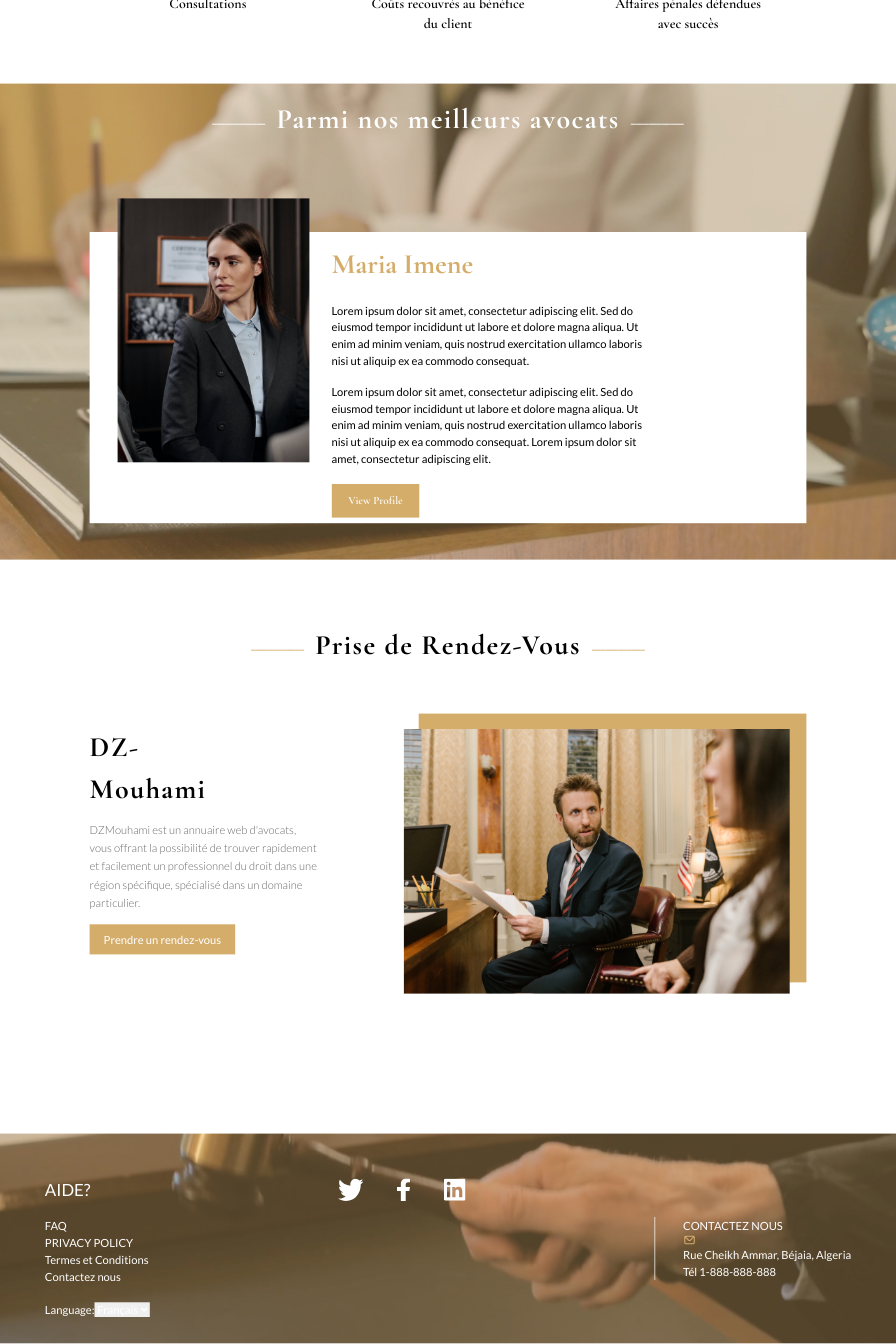
Repository: Chekrouba-Tinhinane/Mohami_dz
Page: / (app in client/)
These files come from the project's save history. The page is drawn as it stood at one moment and after a run of saves; the edit follows.
The browser window is 1280 px wide. The pictures show the part of the page from y = 2348 to 4268 px (the page is 4268 px tall), at 70% of full size.
The project was rebuilt for these pictures with package versions that can differ from the ones it lists, and the page was loaded fresh each time. Also part of the build but not shown: client/vite.config.js, client/src/SignIn.jsx, client/src/components/Selector.jsx, client/src/components/SearchContainer.jsx, client/src/Search.jsx, client/src/components/super/HomeLayout.jsx, client/src/components/Profile.jsx.

Above is the page before, as saved 2024-01-25 18:20:04.

### client/index.html
<!doctype html>
<html lang="en">
  <head>
    <meta charset="UTF-8" />
    <link rel="icon" type="image/svg+xml" href="/vite.svg" />
    <meta name="viewport" content="width=device-width, initial-scale=1.0" />
    <title>Mouhami DZ</title>
  </head>
  <body>
    <div id="root"></div>
    <script type="module" src="/src/App.jsx"></script>
  </body>
</html>

### client/src/App.jsx
import React from "react";
import { createRoot } from "react-dom/client";
import { BrowserRouter, Routes, Route } from "react-router-dom";
import "./index.css";
import LandingPage from "./LandingPage";
import SignIn from "./SignIn";
import Search from "./Search";
import HomeLayout from "./components/super/HomeLayout";
import Profile from "./components/Profile";

const App = () => {
  return (
    <BrowserRouter>
      <Routes>
        <Route path={"/"} element={<LandingPage />} />

        <Route path={"/Signin"} element={<SignIn />} />
        <Route
          path={"/Search"}
          element={<HomeLayout pageComponent={<Search />} />}
        />
        {/* <Route path={"/Signin"} element={<SignIn />} />
        <Route
          path={"/Schedule"}
          element={<HomeLayout pageComponent={<Schedule />} />}
        />

        <Route
          path={"/Settings"}
          element={<HomeLayout pageComponent={<Staff />} />}
        />
        <Route
          path={"/profile/:id"}
          element={<HomeLayout pageComponent={<Profile />} />}
        /> */}
        <Route
          path={"/profile"}
          element={<HomeLayout pageComponent={<Profile />} />}
        />
      </Routes>
    </BrowserRouter>
  );
};

export default App;

const root = createRoot(document.getElementById("root"));
root.render(<App />);

### client/src/index.css
@import url("https://fonts.googleapis.com/css2?family=Cormorant+Garamond:wght@300;400;500;600;700&family=Lato:wght@100;300;400;700;900&display=swap");

@tailwind base;
@tailwind components;
@tailwind utilities;

@layer base {
  a {
    @apply cursor-pointer;
  }
  h1 {
    @apply text-[50px] font-bold;
  }
  h2 {
    @apply text-[2.5rem] font-bold;
  }
  p {
  }
  h3 {
  }
  h4 {
    @apply text-[1rem] font-semibold;
  }
  textarea {
  }
  input {
  }
  select {
  }
}

* {
  /*font-family: 'Cormorant Garamond', serif; */
  font-family: "Lato", sans-serif;
  box-sizing: border-box;
  padding: 0;
  margin: 0;
}

.recursive {
  font-family: "Cormorant Garamond", serif;
}

.nav-item::after {
  content: "";
  display: block;
  width: 0;
  height: 2px;
  margin-top: 5px;
  background-color: rgb(212, 173, 107);
  transition: width 0.4s;
}

.nav-item:hover::after {
  width: 100%;
}

### client/src/LandingPage.jsx
import React, { useEffect, useState } from "react";

import header from "./assets/landing/header.jpg";
import hero from "./assets/landing/hero.png";
import section1 from "./assets/landing/section1.jpg";
import section2 from "./assets/landing/section2.jpg";
import footer from "./assets/landing/footer.jpg";
import maria from "./assets/landing/maria.jpg";
import scene from "./assets/landing/scene.png";

import msg from "./assets/icons/contact/msg.svg";

import twitter from "./assets/icons/footer/twitter.svg";
import fb from "./assets/icons/footer/fb.svg";
import linkedin from "./assets/icons/footer/linkedin.svg";

import NavBar from "./components/super/NavBar";

import AOS from "aos";
import "aos/dist/aos.css";

AOS.init();

const LandingPage = () => {
  useEffect(() => {
    AOS.refresh();
  }, []);

  return (
    <div className="overflow-hidden flex flex-col relative mx-auto items-center bg-white z-10">
      <header className=" p-3 recursive border-b border-b-primary w-[90%] text-center font-semibold text-xl">
        {" "}
        DZ Mouhami{" "}
      </header>
      <NavBar />
      <Header />
      <About />
      <Feedback />

      <Achievements />
      <Hero />
      <Appoint />
      <Footer />
    </div>
  );
};

export default LandingPage;

function Header() {
  return (
    <section
      id="header"
      className=" relative flex w-screen justify-center my-3"
    >
      <img src={header} className="w-full h-[600px] object-cover" alt="" />
      <h2 className=" recursive absolute bottom-[7%] left-[10%] text-white w-[60%]">
        "Legal Solutions, Trusted Advocacy: Your Path to Justice Begins with
        Us."
      </h2>
    </section>
  );
}

function About() {
  return (
    <section
      id="about"
      data-aos="fade-right"
      data-aos-duration="1000"
      className="mx-3 my-10 flex gap-[6rem] justify-center items-center"
    >
      {/* fifth section */}
      <div className=" flex flex-col w-[40%] ">
        <h2 className=" recursive w-[40%] place-self-end">
          A propos de DZ Mouhami
        </h2>
        <img src={hero} className="" alt="" />
      </div>

      <div className=" basis-[40%] mb-16 ">
        {" "}
        {/*  */}
        <h2 className=" recursive tracking-wider w-[50%] my-4">DZ-Mouhami</h2>
        <p className=" w-[80%] opacity-60 font-light leading-relaxed mb-7">
          DZMouhami est un annuaire web d'avocats, vous offrant la possibilité
          de trouver rapidement et facilement un professionnel du droit dans une
          région spécifique, spécialisé dans un domaine particulier.
        </p>
        <a
          href=""
          className=" py-2 px-5 text-white bg-primary hover:bg-opacity-65"
        >
          Trouver un avocat
        </a>
      </div>
    </section>
  );
}

function Feedback() {
  const userComments = [
    {
      username: "User123",
      comment:
        "Effortlessly found the right lawyer for my needs – the detailed profiles and client reviews streamlined the decision-making process.",
    },
    {
      username: "LegalEagle",
      comment:
        "Incredibly user-friendly directory; comprehensive lawyer profiles and responsive design made my search for legal representation hassle-free.",
    },
    {
      username: "LawSeeker",
      comment:
        "Highly impressed with the intuitive interface and wealth of information – this directory simplified the task of finding a skilled attorney.",
    },
  ];

  // You can now use the userComments array as needed in your code.

  return (
    <section
      id="feedback"
      className=" relative flex w-screen justify-center my-4"
    >
      <img
        src={section1}
        className="w-full h-[640px] bg-center object-cover"
        alt=""
      />
      <div className="absolute top-0 text-white">
        <div className=" flex flex-col items-center">
          <div className="flex items-center my-5 gap-4">
            <span className=" font-semibold select-none">____________</span>
            <h2 className=" recursive  tracking-wider ">
              Nos Témoignages
            </h2>{" "}
            <span className=" font-semibold select-none">____________</span>
          </div>

          <h2 className=" mt-16 mb-8 recursive w-[85%] text-center">
            CE QUE NOS CLIENTS PENSENT DE NOUS
          </h2>
          <div className=" flex gap-10 w-[75%] ">
            {userComments.map((el, i) => {
              return (
                <div className=" flex flex-col justify-between bg-white p-6 rounded-md text-black text-sm h-56 ">
                  {el.comment}
                  <div className=" flex gap-5 items-center">
                    {" "}
                    <div class="w-14 h-14 bg-gray-500 rounded-full"></div>
                    {el.username}
                  </div>
                </div>
              );
            })}
          </div>
        </div>
      </div>
    </section>
  );
}

function Achievements() {
  return (
    <div className=" flex flex-col w-[80%] items-center mx-auto my-10 gap-8 ">
      <div className="flex items-center my-5 gap-4">
        <span className=" font-semibold select-none text-primary">
          ____________
        </span>
        <h2 className=" recursive tracking-wider">Nos Réalisations</h2>{" "}
        <span className=" font-semibold select-none text-primary">
          ____________
        </span>
      </div>

      <div className="flex w-full justify-between  ">
        <div className="flex flex-col items-center basis-[33%] gap-4">
          {" "}
          <h4 className=" recursive text-primary text-3xl font-bold">
            879+
          </h4>{" "}
          <span className=" w-[70%] text-center recursive font-semibold text-xl">
            Consultations
          </span>
        </div>
        <div className="flex flex-col items-center basis-[33%] gap-4">
          {" "}
          <h4 className=" recursive text-primary text-3xl font-bold">
            12 Mil
          </h4>{" "}
          <span className=" w-[70%] text-center recursive font-semibold text-xl">
            Coûts recouvrés au bénéfice du client
          </span>
        </div>
        <div className="flex flex-col items-center basis-[33%] gap-4">
          {" "}
          <h4 className=" recursive text-primary text-3xl font-bold">
            92%
          </h4>{" "}
          <span className=" w-[70%] text-center recursive font-semibold text-xl">
            Affaires pénales défendues avec succès
          </span>
        </div>
      </div>
    </div>
  );
}

function Hero() {
  return (
    <section id="hero" className=" relative flex w-screen justify-center my-8 ">
      <img
        src={section2}
        className="w-full h-[680px] bg-center object-cover"
        alt=""
      />
      <div className="absolute top-0 text-white">
        <div className=" flex flex-col items-center gap-[6rem]">
          <div className="flex items-center my-5 gap-4">
            <span className=" font-semibold select-none">____________</span>
            <h2 className=" recursive  tracking-wider ">
              Parmi nos meilleurs avocats
            </h2>{" "}
            <span className=" font-semibold select-none">____________</span>
          </div>

          <div className=" flex gap-8 w-[80%] bg-white text-black h-[26rem] px-10 my-4 ">
            <div className="relative basis-[30%]">
              {" "}
              <img
                src={maria}
                alt=""
                className=" absolute -top-12  object-contain"
              />
            </div>
            <div className=" flex flex-col basis-[70%] my-4 gap-6  ">
              {" "}
              <h2 className=" recursive text-primary">Maria Imene</h2>{" "}
              <p className=" w-[70%] flex flex-col gap-5 ">
                <span>
                  Lorem ipsum dolor sit amet, consectetur adipiscing elit. Sed
                  do eiusmod tempor incididunt ut labore et dolore magna aliqua.
                  Ut enim ad minim veniam, quis nostrud exercitation ullamco
                  laboris nisi ut aliquip ex ea commodo consequat.{" "}
                </span>

                <span>
                  Lorem ipsum dolor sit amet, consectetur adipiscing elit. Sed
                  do eiusmod tempor incididunt ut labore et dolore magna aliqua.
                  Ut enim ad minim veniam, quis nostrud exercitation ullamco
                  laboris nisi ut aliquip ex ea commodo consequat. Lorem ipsum
                  dolor sit amet, consectetur adipiscing elit.
                </span>
              </p>
              <a
                href=""
                className="flex w-max recursive text-white bg-primary px-6 py-3 font-semibold hover:bg-opacity-75"
              >
                View Profile
              </a>
            </div>
          </div>
        </div>
      </div>
    </section>
  );
}

function Footer() {
  const [language, setLanguage] = useState("fr");

  const handleLanguageChange = (event) => {
    setLanguage(event.target.value);
    // You can add logic here to change the language of your website
    // For example, you might reload the page or fetch translated content from a server
  };
  return (
    <footer
      id="footer"
      className="h-[300px] relative flex w-full justify-center mt-[10rem] text-white"
    >
      <img src={footer} alt="" className="w-full object-cover" />
      {/* sixth section */}
      <div className="absolute w-full flex justify-center pt-[4rem]">
        <div className="flex items-center justify-between px-16 max-w-[86rem] w-full">
          <div className="flex flex-col gap-6">
            <h3 className=" text-2xl">AIDE?</h3>
            <ul className="flex flex-col">
              <li>FAQ</li>
              <li>PRIVACY POLICY</li>
              <li>Termes et Conditions</li>
              <li>Contactez nous</li>
            </ul>

            <div className="language-selector">
              <label htmlFor="language-select">Language:</label>
              <select
                id="language-select"
                value={language}
                onChange={handleLanguageChange}
              >
                <option value="fr">Français</option>
                <option value="en">English</option>
              </select>
            </div>
          </div>

          <div className="flex place-self-start gap-[3rem]">
            <img src={twitter} alt="" />
            <img src={fb} alt="" />
            <img src={linkedin} alt="" />
          </div>

          <div className="border-l border-l-white pl-10 flex flex-col">
            <p>
              CONTACTEZ NOUS
              <span>
                <img src={msg} alt="" />
              </span>
            </p>
            <p>Rue Cheikh Ammar, Béjaia, Algeria</p>
            <p>Tél 1-888-888-888</p>
          </div>
        </div>
      </div>
    </footer>
  );
}

function Appoint() {
  return (
    <section
      id="appoint"
      className=" flex flex-col w-full justify-center items-center gap-[3rem] my-10"
    >
      <div className=" flex flex-col items-center">
        <div className="flex items-center my-5 gap-4">
          <span className=" font-semibold select-none text-primary">
            ____________
          </span>
          <h2 className=" recursive  tracking-wider ">Prise de Rendez-Vous</h2>{" "}
          <span className=" font-semibold select-none text-primary">
            ____________
          </span>
        </div>
      </div>

      <div className=" flex w-[80%] items-center justify-between ">
        <div className=" basis-[40%] mb-16 ">
          {" "}
          {/*  */}
          <h2 className=" recursive tracking-wider w-[50%] my-4">DZ-Mouhami</h2>
          <p className=" w-[80%] opacity-60 font-light leading-relaxed mb-7">
            DZMouhami est un annuaire web d'avocats, vous offrant la possibilité
            de trouver rapidement et facilement un professionnel du droit dans
            une région spécifique, spécialisé dans un domaine particulier.
          </p>
          <a
            href=""
            className=" py-3 px-5 text-white bg-primary hover:bg-opacity-65"
          >
            Prendre un rendez-vous{" "}
          </a>
        </div>

        <img src={scene} className="" alt="" />
      </div>
    </section>
  );
}

### client/src/components/super/NavBar.jsx
import { motion } from "framer-motion";
import { Link } from "react-router-dom";
import { Link as ScrollLink } from "react-scroll";

const NavBar = () => {
  return (
    <div
      whileHover={{ scale: 1, originX: 0, color: "#D4AD6B" }}
      transition={{ type: "tween", duration: 0.2 }}
      className=" flex items-center px-20 pt-6 mb-3 w-full justify-between "
    >
      <motion.ul className="flex gap-[2rem] text-sm">
        <motion.li
          whileHover={{ scale: 1, originX: 0, color: "#D4AD6B" }}
          transition={{ type: "tween", duration: 0.2 }}
          className=" font-semibold opacity-80 tracking-wider cursor-pointer"
        >
          <ScrollLink
            to={"about"}
            spy={true}
            smooth={true}
            offset={-50}
            duration={500}
            className="nav-item"
          >
            Accueil
          </ScrollLink>
        </motion.li>
        <motion.li
          whileHover={{ scale: 1, originX: 0, color: "#D4AD6B" }}
          transition={{ type: "tween", duration: 0.2 }}
          className=" font-semibold opacity-80 tracking-wider cursor-pointer"
        >
          <ScrollLink
            to="hero"
            spy={true}
            smooth={true}
            offset={0}
            duration={500}
            className="nav-item"
          >
            Trouver un avocat
          </ScrollLink>
        </motion.li>
        <motion.li
          whileHover={{ scale: 1, originX: 0, color: "#D4AD6B" }}
          transition={{ type: "tween", duration: 0.2 }}
          className=" font-semibold opacity-80 tracking-wider cursor-pointer"
        >
          <ScrollLink
            to="appoint"
            spy={true}
            smooth={true}
            offset={50}
            duration={500}
            className="nav-item"
          >
            Prendre un rendez-vous
          </ScrollLink>
        </motion.li>
        <motion.li
          whileHover={{ scale: 1, originX: 0, color: "#D4AD6B" }}
          transition={{ type: "tween", duration: 0.2 }}
          className=" font-semibold opacity-80 tracking-wider cursor-pointer"
        >
          <ScrollLink
            to="footer"
            spy={true}
            smooth={true}
            offset={-100}
            duration={500}
            className="nav-item"
          >
            Contactez nous
          </ScrollLink>
        </motion.li>
      </motion.ul>
      <div className="flex gap-[1rem]">
        <Link
          to={"/SignIn"}
          href=""
          className=" recursive flex items-center font-semibold text-primary border border-primary bg-white text-center text-lg py-1.5 px-3.5 hover:bg-opacity-70 "
        >
          Se connecter
        </Link>
      </div>
    </div>
  );
};

export default NavBar;

### client/tailwind.config.js
/** @type {import('tailwindcss').Config} */
module.exports = {
  content: ["./src/**/*.{js,jsx,ts,tsx}"],
  theme: {
    extend: {
      colors: {
        lightBrown: "#FAF5EE",
        primary: "#D4AD6B"
      },
    },
  },
  plugins: [],
};

After the next 2 saves:
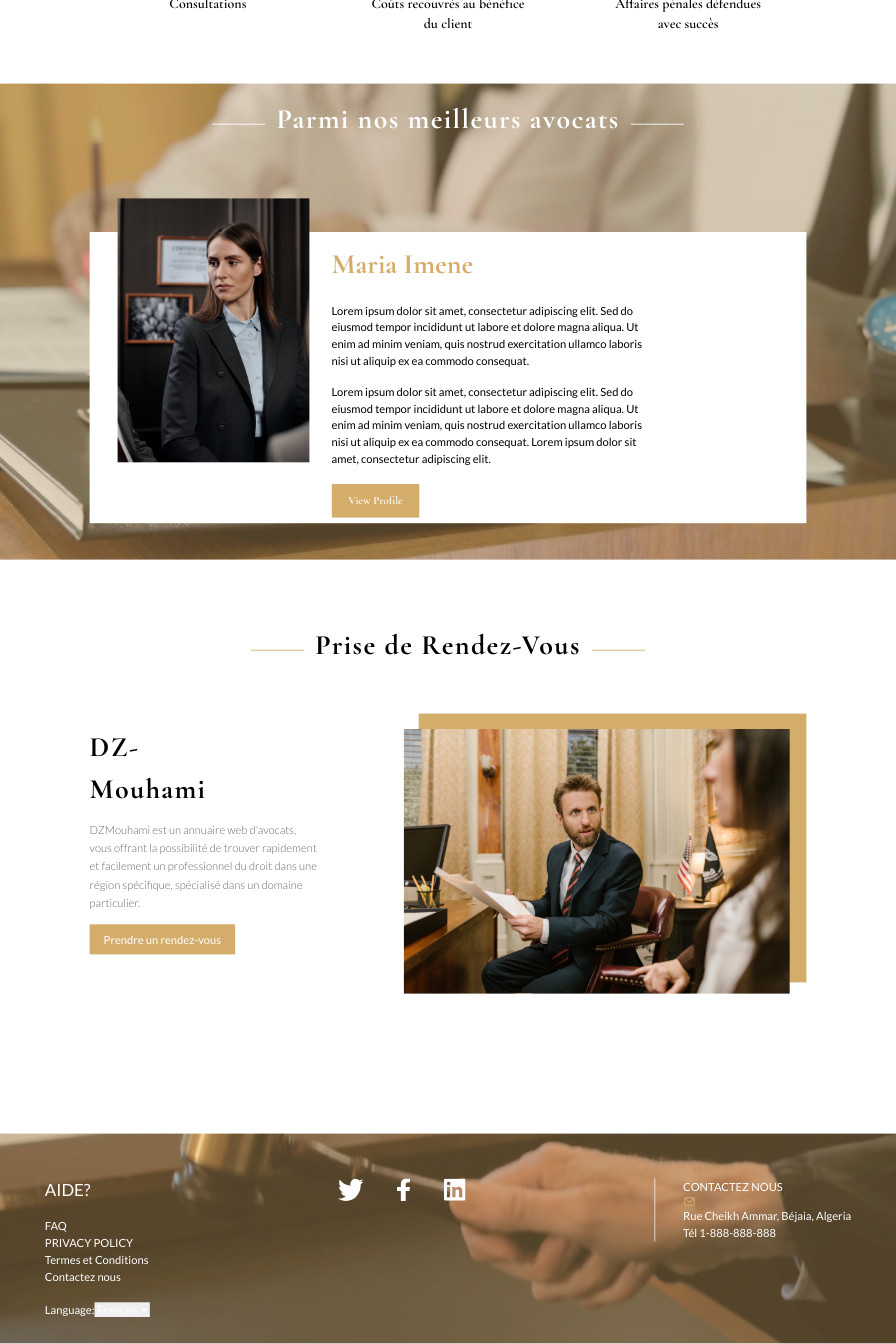
The 2 saves are shown as one change because they came seconds apart.
The last was saved 23 s later.
--- a/client/src/LandingPage.jsx
+++ b/client/src/LandingPage.jsx
@@ -313,7 +313,7 @@ function Footer() {
             <img src={linkedin} alt="" />
           </div>
 
-          <div className="border-l border-l-white pl-10 flex flex-col">
+          <div className="border-l border-l-white pl-10 flex flex-col place-self-start">
             <p>
               CONTACTEZ NOUS
               <span>
